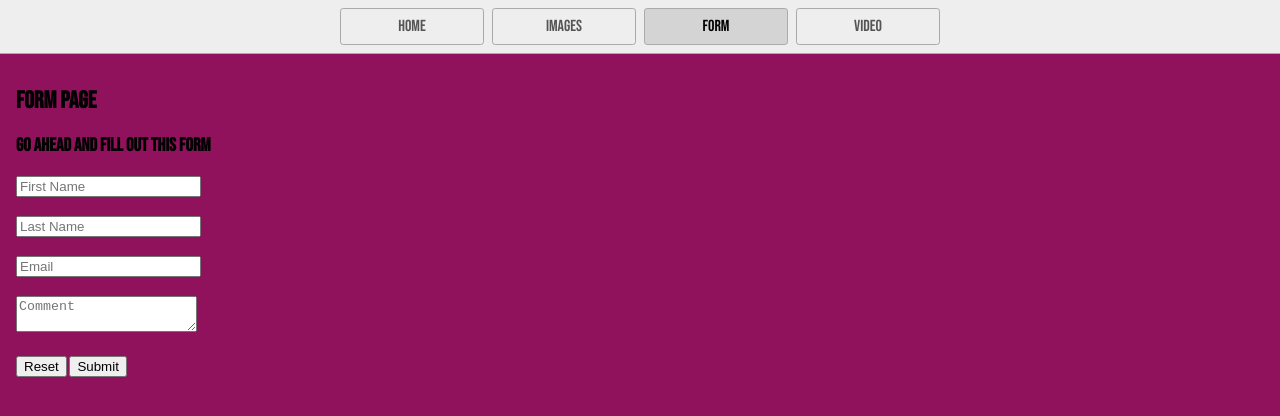
Repository: sebas6292/palmTree-Final
Page: Form.html
The author's editor kept a copy of each file at every save. The page is drawn from the files as they stood at one save, then again after the next save.
The browser window is 1280 px wide. The pictures show the whole page.

Above is the page before, as saved 2023-05-28 12:09:08.

After the next save:
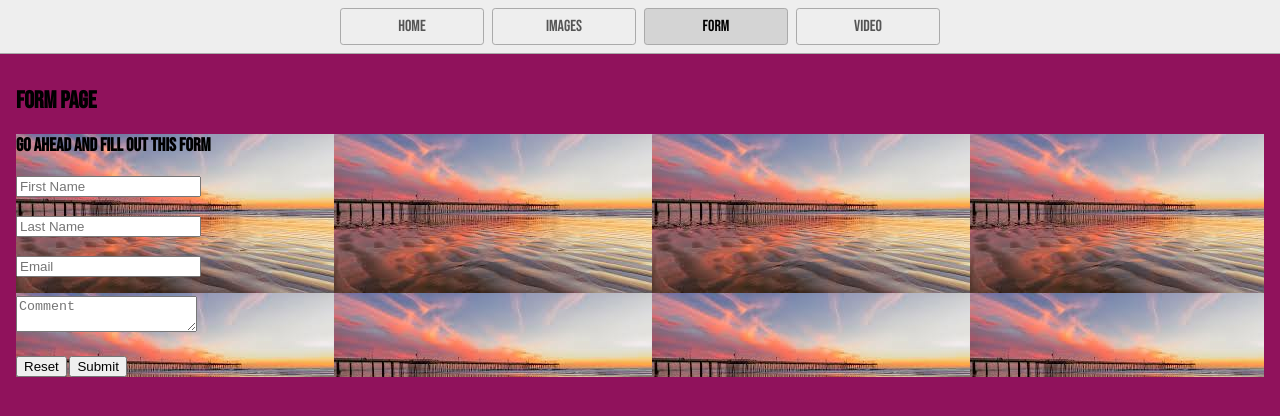
Saved 2 min 34 s later.
--- a/styles.css
+++ b/styles.css
@@ -56,6 +56,10 @@
     font-size: 1.5rem;
   }
 
+  .bg-img {
+    background-image: url('/Assets/pier.jpeg');
+  }
+
   .btn:hover {
     background-color: whitesmoke;
     color: red
